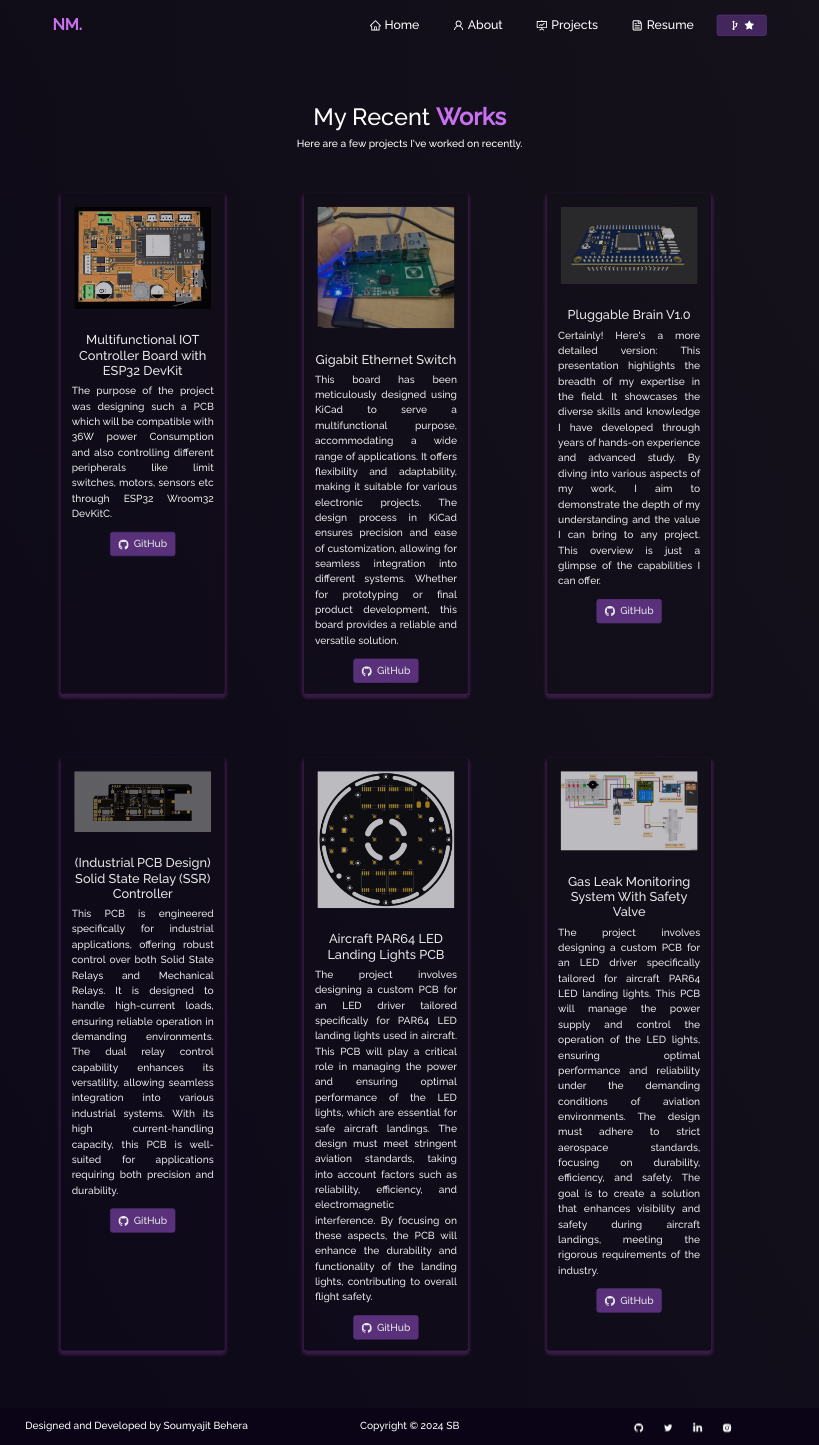
Repository: nenadMarkorvic/personal-website
Page: /project
The author's editor kept a copy of each file at every save. The page is drawn from the files as they stood at one save, then again after the next save.
The browser window is 1280 px wide. The pictures show the whole page, at 64% of full size.
The project was rebuilt for these pictures with package versions that can differ from the ones it lists, and the page was loaded fresh each time. Also part of the build but not shown: src/components/Home/Home2.js, src/components/Home/Type.js, src/components/Home/Home.js, src/components/About/Github.js, src/components/About/AboutCard.js, src/components/About/Toolstack.js, src/components/About/About.js, src/components/Resume/ResumeNew.js. Imported but missing from the stored project, and not drawn on this page: src/Assets/Nenad Markovic_pcb.pdf.

Above is the page before, as saved 2024-08-29 12:00:14.

### src/components/Navbar.js
import React, { useState } from "react";
import Navbar from "react-bootstrap/Navbar";
import Nav from "react-bootstrap/Nav";
import Container from "react-bootstrap/Container";
import Button from "react-bootstrap/Button";
import { Link } from "react-router-dom";
import { CgGitFork } from "react-icons/cg";
import {
  AiFillStar,
  AiOutlineHome,
  AiOutlineFundProjectionScreen,
  AiOutlineUser,
} from "react-icons/ai";

import { CgFileDocument } from "react-icons/cg";

function NavBar() {
  const [expand, updateExpanded] = useState(false);
  const [navColour, updateNavbar] = useState(false);

  function scrollHandler() {
    if (window.scrollY >= 20) {
      updateNavbar(true);
    } else {
      updateNavbar(false);
    }
  }

  window.addEventListener("scroll", scrollHandler);

  return (
    <Navbar
      expanded={expand}
      fixed="top"
      expand="md"
      className={navColour ? "sticky" : "navbar"}
    >
      <Container>
        <Navbar.Brand href="/" className="d-flex">
          <p style={{ paddingTop: "10px", fontWeight: "bold", fontSize: "25px", color: "#c770f0" }}>NM.</p>
        </Navbar.Brand>
        <Navbar.Toggle
          aria-controls="responsive-navbar-nav"
          onClick={() => {
            updateExpanded(expand ? false : "expanded");
          }}
        >
          <span></span>
          <span></span>
          <span></span>
        </Navbar.Toggle>
        <Navbar.Collapse id="responsive-navbar-nav">
          <Nav className="ms-auto" defaultActiveKey="#home">
            <Nav.Item>
              <Nav.Link as={Link} to="/" onClick={() => updateExpanded(false)}>
                <AiOutlineHome style={{ marginBottom: "2px" }} /> Home
              </Nav.Link>
            </Nav.Item>

            <Nav.Item>
              <Nav.Link
                as={Link}
                to="/about"
                onClick={() => updateExpanded(false)}
              >
                <AiOutlineUser style={{ marginBottom: "2px" }} /> About
              </Nav.Link>
            </Nav.Item>

            <Nav.Item>
              <Nav.Link
                as={Link}
                to="/project"
                onClick={() => updateExpanded(false)}
              >
                <AiOutlineFundProjectionScreen
                  style={{ marginBottom: "2px" }}
                />{" "}
                Projects
              </Nav.Link>
            </Nav.Item>

            <Nav.Item>
              <Nav.Link
                as={Link}
                to="/resume"
                onClick={() => updateExpanded(false)}
              >
                <CgFileDocument style={{ marginBottom: "2px" }} /> Resume
              </Nav.Link>
            </Nav.Item>

            <Nav.Item className="fork-btn">
              <Button
                href="https://github.com/nenadMarkorvic"
                target="_blank"
                className="fork-btn-inner"
              >
                <CgGitFork style={{ fontSize: "1.2em" }} />{" "}
                <AiFillStar style={{ fontSize: "1.1em" }} />
              </Button>
            </Nav.Item>
          </Nav>
        </Navbar.Collapse>
      </Container>
    </Navbar>
  );
}

export default NavBar;

### src/components/Footer.js
import React from "react";
import { Container, Row, Col } from "react-bootstrap";
import {
  AiFillGithub,
  AiOutlineTwitter,
  AiFillInstagram,
} from "react-icons/ai";
import { FaLinkedinIn } from "react-icons/fa";

function Footer() {
  let date = new Date();
  let year = date.getFullYear();
  return (
    <Container fluid className="footer">
      <Row>
        <Col md="4" className="footer-copywright">
          <h3>Designed and Developed by Soumyajit Behera</h3>
        </Col>
        <Col md="4" className="footer-copywright">
          <h3>Copyright © {year} SB</h3>
        </Col>
        <Col md="4" className="footer-body">
          <ul className="footer-icons">
            <li className="social-icons">
              <a
                href="https://github.com/soumyajit4419"
                style={{ color: "white" }}
                target="_blank"
                rel="noopener noreferrer"
              >
                <AiFillGithub />
              </a>
            </li>
            <li className="social-icons">
              <a
                href="https://twitter.com/Soumyajit4419"
                style={{ color: "white" }}
                target="_blank"
                rel="noopener noreferrer"
              >
                <AiOutlineTwitter />
              </a>
            </li>
            <li className="social-icons">
              <a
                href="https://www.linkedin.com/in/soumyajit4419/"
                style={{ color: "white" }}
                target="_blank"
                rel="noopener noreferrer"
              >
                <FaLinkedinIn />
              </a>
            </li>
            <li className="social-icons">
              <a
                href="https://www.instagram.com/soumyajit4419"
                style={{ color: "white" }}
                target="_blank"
                rel="noopener noreferrer"
              >
                <AiFillInstagram />
              </a>
            </li>
          </ul>
        </Col>
      </Row>
    </Container>
  );
}

export default Footer;

### src/style.css
html {
  --section-background-color: linear-gradient(to bottom left,
      rgba(17, 16, 16, 0.582),
      rgba(12, 8, 24, 0.904));

  --image-gradient: linear-gradient(to bottom left,
      rgba(17, 16, 16, 0.678),
      rgba(12, 10, 22, 0.863));

  --imp-text-color: #c770f0;
}

.purple {
  color: var(--imp-text-color) !important;
}

button:focus {
  box-shadow: none !important;
}

/* --------- */
/*  Preloader */
/* --------- */
#preloader {
  position: fixed;
  top: 0;
  left: 0;
  width: 100%;
  height: 100%;
  z-index: 999999;
  background-color: #0c0513;
  background-image: url(./Assets/pre.svg);
  background-repeat: no-repeat;
  background-position: center;
}

#preloader-none {
  opacity: 0;
}

#no-scroll {
  overflow: hidden;
  height: 100vh;
}

/* --------- */
/*Scrollbar   */
/* --------- */

::-webkit-scrollbar {
  width: 7px;
}

/* Track */
::-webkit-scrollbar-track {
  background: #2d1950;
}

/* Handle */
::-webkit-scrollbar-thumb {
  background: rgba(178, 121, 216, 0.959);
  border-radius: 12px;
}

/* Handle on hover */
::-webkit-scrollbar-thumb:hover {
  background: rgba(222, 130, 235, 0.911);
  border-radius: 12px;
}

/* --------- */
/* Navbar Section  */
/* --------- */
.sticky {
  background-color: #1b1a2ea9 !important;
  transition: all 0.3s ease-out 0s !important;
  box-shadow: 0px 10px 10px 0px rgba(9, 5, 29, 0.171) !important;
  backdrop-filter: blur(15px) !important;
}

.navbar {
  position: fixed !important;
  transition: all 0.3s ease-out 0s !important;
  padding: 0.3rem 2rem !important;
  font-size: 1.2rem !important;
}

.navbar-toggler {
  position: relative !important;
  background-color: transparent !important;
  border-color: transparent !important;
}

.navbar-toggler span {
  display: block !important;
  background-color: #be50f4 !important;
  height: 4px !important;
  width: 27px !important;
  margin-top: 5px !important;
  margin-bottom: 5px !important;
  transform: rotate(0deg) !important;
  left: 0 !important;
  opacity: 1 !important;
}

.navbar-toggler:focus,
.navbar-toggler:active {
  outline: 0 !important;
}

.navbar-toggler span:nth-child(1),
.navbar-toggler span:nth-child(3) {
  transition: transform 0.35s ease-in-out !important;
  transition: transform 0.35s ease-in-out !important;
}

.navbar-toggler:not(.collapsed) span:nth-child(1) {
  position: absolute !important;
  left: 12px !important;
  top: 10px !important;
  transform: rotate(135deg) !important;
  opacity: 0.9 !important;
}

.navbar-toggler:not(.collapsed) span:nth-child(2) {
  height: 12px !important;
  visibility: hidden !important;
  background-color: transparent !important;
}

.navbar-toggler:not(.collapsed) span:nth-child(3) {
  position: absolute !important;
  left: 12px !important;
  top: 10px !important;
  transform: rotate(-135deg) !important;
  opacity: 0.9 !important;
}

@media (max-width: 767px) {
  .navbar {
    padding: 1rem 2rem !important;
    font-size: 1.4rem !important;
    background-color: #181a27 !important;
  }

  .navbar-nav .nav-item a::after {
    display: none !important;
  }
}

.navbar-brand {
  color: rgb(250, 250, 250) !important;
}

.logo {
  height: 1.4em !important;
  width: 2.5em !important;
}

.navbar-nav .nav-link {
  color: white !important;
  padding-right: 1rem !important;
  padding-left: 1rem !important;
}

.nav-link {
  padding: 0.8rem 1rem !important;
}

@media (max-width: 767px) {
  .nav-link {
    padding: 0.7rem 1rem !important;
  }
}

.navbar-nav .nav-item {
  position: relative;
  margin-left: 20px;
}

.navbar-nav .nav-item a {
  font-weight: 400;
  transition: all 0.3s ease-out 0s;
  position: relative;
  z-index: 1;
}

.navbar-nav .nav-item a::after {
  content: "";
  position: relative;
  display: block;
  height: 5px;
  width: 0;
  border-radius: 16px;
  background: #c95bf5;
  bottom: 1px;
  left: 0;
  z-index: -1;
  transition: all 0.3s ease-out 0s;
}

.navbar-nav .nav-item a:hover::after {
  width: 100%;
}

/* --------- */
/* Home section */
/* --------- */
.wave {
  animation-name: wave-animation;
  /* Refers to the name of your @keyframes element below */
  animation-duration: 2.1s;
  /* Change to speed up or slow down */
  animation-iteration-count: infinite;
  /* Never stop waving :) */
  transform-origin: 70% 70%;
  /* Pivot around the bottom-left palm */
  display: inline-block;
}

@keyframes wave-animation {
  0% {
    transform: rotate(0deg);
  }

  10% {
    transform: rotate(14deg);
  }

  /* The following five values can be played with to make the waving more or less extreme */
  20% {
    transform: rotate(-8deg);
  }

  30% {
    transform: rotate(14deg);
  }

  40% {
    transform: rotate(-4deg);
  }

  50% {
    transform: rotate(10deg);
  }

  60% {
    transform: rotate(0deg);
  }

  /* Reset for the last half to pause */
  100% {
    transform: rotate(0deg);
  }
}

#tsparticles {
  position: fixed !important;
  background-repeat: no-repeat !important;
  background-size: cover !important;
  width: 100%;
  height: 100%;
}

.home-header {
  padding-top: 80px !important;
}

.home-section {
  position: relative;
  z-index: -1;
  background-image: var(--image-gradient), url(./Assets/home-bg.jpg);
  background-position: top center;
  background-repeat: no-repeat;
  padding-bottom: 30px !important;
  padding-top: 30px !important;
}

.home-content {
  padding: 9rem 0 2rem !important;
  color: whitesmoke;
  text-align: left;
}

.heading {
  font-size: 2.4em !important;
  padding-left: 50px !important;
}

.heading-name {
  font-size: 2.5em !important;
  padding-left: 45px !important;
}

.main-name {
  color: #cd5ff8;
}

.Typewriter__wrapper {
  font-size: 2.2em !important;
  color: #be6adf !important;
  font-weight: 600 !important;
}

.Typewriter__cursor {
  font-size: 2.4em !important;
  color: #b562d6 !important;
}

@media (max-width: 767px) {
  .Typewriter__wrapper {
    font-size: 1.4em !important;
    font-weight: 500 !important;
    position: absolute !important;
  }

  .Typewriter__cursor {
    display: none !important;
  }
}

.myAvtar {
  justify-content: center !important;
  padding-top: 9em !important;
}

@media (max-width: 767px) {
  .myAvtar {
    padding-top: 2em !important;
    padding-bottom: 2em !important;
  }
}

.home-about-section {
  position: relative;
  padding-bottom: 70px !important;
  padding-top: 70px !important;
}

.home-about-description {
  color: white !important;
  padding-top: 100px !important;
  padding-bottom: 20px !important;
  text-align: center;
}

.home-about-body {
  padding-top: 50px;
  font-size: 1.2em !important;
  text-align: left;
}

.home-about-social {
  text-align: center !important;
  padding-top: 25px;
  color: white !important;
}

.home-about-social-links {
  justify-content: center !important;
  padding-top: 15px !important;
  display: inline-block !important;
  position: relative !important;
  padding-inline-start: 0 !important;
}

.home-social-icons {
  position: relative !important;
  display: inline-block !important;
  width: 40px !important;
  height: 40px !important;
  text-align: center !important;
  font-size: 1.2em !important;
  line-height: 2em !important;
  background: rgba(255, 255, 255, 0.972) !important;
  border-radius: 50% !important;
  transition: 0.5s !important;
}

.home-social-icons::before {
  content: "";
  position: absolute;
  top: 0;
  left: 0;
  width: 100%;
  height: 100%;
  border-radius: 50%;
  background: #68187a;
  transition: 0.5s;
  transform: scale(0.9);
  z-index: -1;
}

.home-social-icons:hover::before {
  transform: scale(1.1);
  box-shadow: 0 0 15px #801f95;
}

.home-social-icons:hover {
  color: #87209e;
  box-shadow: 0 0 5px #87209e;
  text-shadow: 0 0 2px #87209e;
}

.social-icons {
  display: inline-block !important;
  padding-right: 15px;
  padding-left: 15px;
}

.icon-colour {
  color: #700c86 !important;
}

/* --------- */
/* Footer */
/* --------- */
.footer {
  background-color: rgb(10, 4, 22);
  bottom: 0 !important;
  padding-top: 10px !important;
  padding-bottom: 8px !important;
}

.footer-copywright {
  text-align: center !important;
}

.footer-body {
  z-index: 1;
  text-align: center !important;
}

@media (max-width: 767px) {
  .footer-copywright {
    text-align: center !important;
  }

  .footer-body {
    text-align: center !important;
  }
}

.footer h3 {
  font-size: 1em;
  color: white !important;
  margin-top: 0.5em !important;
  margin-bottom: 0.5em !important;
}

.footer-icons {
  margin-top: 0.5em !important;
  margin-bottom: 0.5em !important;
  padding: 0 !important;
}

.blockquote-footer {
  color: #a588c0 !important;
}

/* --------- */
/* Projects */
/* --------- */
.project-section {
  position: relative !important;
  padding-top: 150px !important;
  padding-bottom: 30px !important;
  background-image: var(--section-background-color) !important;
}

.project-card {
  padding-top: 50px !important;
  padding-bottom: 50px !important;
  padding-left: 25px !important;
  padding-right: 25px !important;
  height: auto !important;
}

.project-card-view {
  box-shadow: 0 4px 5px 3px rgba(119, 53, 136, 0.459) !important;
  color: white !important;
  background-color: transparent !important;
  opacity: 0.9 !important;
  transition: all 0.5s ease 0s !important;
  height: 100% !important;
}

.project-card-view:hover {
  transform: scale(1.02) !important;
  overflow: hidden !important;
  box-shadow: 0 4px 4px 5px rgba(129, 72, 144, 0.561) !important;
}

.blog-card {
  padding-top: 50px !important;
  padding-bottom: 50px !important;
  padding-left: 25px !important;
  padding-right: 25px !important;
  height: auto !important;
}

.blog-card-view {
  background-color: transparent !important;
  box-shadow: 0 3px 3px 2px rgba(145, 77, 161, 0.459) !important;
  color: white !important;
  transition: all 0.5s ease 0s !important;
  height: 100% !important;
}

.blog-link {
  color: white !important;
  text-decoration: none !important;
}

.blog-link:hover {
  cursor: pointer !important;
}

.blog-card-view:hover {
  transform: scale(1.02) !important;
  overflow: hidden !important;
  box-shadow: 0 3px 3px 5px rgba(155, 88, 173, 0.65) !important;
}

.card-img-top {
  padding: 20px !important;
  opacity: 0.8 !important;
  border-radius: 10px !important;
}

.blog-img {
  padding: 0px !important;
  opacity: 0.8 !important;
  border-radius: 0px !important;
}

.btn-primary {
  color: #fff !important;
  background-color: #623686 !important;
  border-color: #623686 !important;
}

.btn-primary:hover {
  color: #fff !important;
  background-color: #6d20c5d7 !important;
  border-color: #6d20c5d7 !important;
}

.btn:focus {
  outline: none !important;
  box-shadow: none !important;
}

.project-heading {
  color: white !important;
  font-size: 2.3em !important;
  font-weight: 500 !important;
  padding-top: 10px !important;
}

/* --------- */
/* About */
/* --------- */

.about-section {
  position: relative !important;
  padding-top: 150px !important;
  padding-bottom: 30px !important;
  background-image: var(--section-background-color) !important;
  color: white !important;
}

.tech-icons {
  font-size: 4.5em !important;
  margin: 15px !important;
  padding: 10px !important;
  opacity: 0.93 !important;
  border: 1.7px solid rgba(200, 137, 230, 0.637) !important;
  vertical-align: middle !important;
  text-align: center !important;
  border-radius: 5px !important;
  display: table !important;
  box-shadow: 4px 5px 4px 3px rgba(89, 4, 168, 0.137) !important;
  overflow: hidden !important;
  transition: all 0.4s ease 0s !important;
}

@media (max-width: 767px) {
  .tech-icons {
    margin: 10px !important;
  }
}

.tech-icons:hover {
  transform: scale(1.05) !important;
  overflow: hidden !important;
  border: 2.2px solid rgba(197, 115, 230, 0.883) !important;
}

.tech-icon-images {
  padding: 20px !important;
  line-height: 1.6 !important;
}

.quote-card-view {
  border: none !important;
  color: white !important;
  background-color: transparent !important;
}

.about-activity {
  list-style: none !important;
  text-align: left !important;
  padding-left: 1px !important;
}

@media (max-width: 767px) {
  .about-img {
    padding-top: 0 !important;
  }
}

/* --------- */
/* Resume */
/* --------- */

.resume-section {
  position: relative !important;
  padding-top: 110px !important;
  padding-bottom: 30px !important;
  background-image: var(--section-background-color) !important;
  color: white !important;
}

.resume {
  padding-top: 50px;
  padding-bottom: 50px;
  justify-content: center;
}

.resume-left {
  padding-right: 80px !important;
}

.resume-right {
  padding-left: 80px !important;
}

@media (max-width: 767px) {
  .resume-left {
    padding-right: 15px !important;
    padding-left: 15px !important;
  }

  .resume-right {
    padding-right: 15px !important;
    padding-left: 15px !important;
  }
}

.resume .resume-title {
  font-size: 2em;
  font-weight: 700;
  padding-top: 30px;
  padding-bottom: 30px;
}

.resume .resume-item {
  padding: 0 0 10px 25px;
  margin-top: -2px;
  border-left: 2px solid #8a49a8;
  position: relative;
}

.resume .resume-item .resume-title {
  line-height: 18px;
  font-size: 0.9em;
  background: #5234795d;
  padding: 8px 15px;
  display: inline-block;
  font-weight: 600;
  margin-bottom: 10px;
}

.resume .resume-item ul {
  padding-left: 20px;
  text-align: justify;
}

.resume .resume-item ul li {
  padding-bottom: 10px;
  list-style: none;
}

.resume .resume-item:last-child {
  padding-bottom: 0;
}

.resume .resume-item::before {
  content: "";
  position: absolute;
  width: 16px;
  height: 16px;
  border-radius: 50px;
  left: -9px;
  top: 0;
  background: #fff;
  border: 2px solid #8a49a8;
}

.like-item {
  padding-top: 10px !important;
  font-size: 1.1em !important;
  font-family: sans-serif !important;
}

.like-btn {
  background-color: #934cce5e !important;
  border-color: #934cce5e !important;
  padding: 0.25rem 0.98rem !important;
  border-radius: 5px !important;
  line-height: 1.4 !important;
  transition: 0.3s ease !important;
}

.like-btn:hover {
  transform: translateY(-2px) !important;
  background-color: #a24dd386 !important;
  border-color: #a24dd386 !important;
}

.animate-like {
  animation-name: likeAnimation;
  animation-fill-mode: forwards;
  animation-duration: 0.85s;
}

@keyframes likeAnimation {
  0% {
    transform: scale(1.5);
  }

  100% {
    transform: scale(1);
  }
}

.fork-btn {
  font-size: 1.1em !important;
  padding-top: 10px !important;
}

.fork-btn-inner {
  line-height: 1.4em !important;
  background-color: #934cce5e !important;
  padding: 0.25rem 1.1rem !important;
  vertical-align: middle !important;
  text-align: center !important;
}

.fork-btn-inner:hover {
  transform: translateY(-2px) !important;
  background-color: #a24dd386 !important;
  border-color: #a24dd386 !important;
}

.fork-btn-inner::after {
  display: none !important;
}

.tech-icons {
  cursor: pointer;
}

.tech-icons img {
  margin-bottom: 7px;
}

### src/components/Particle.js
import React from "react";
import Particles from "react-tsparticles";

function Particle() {
  return (
    <Particles
      id="tsparticles"
      params={{
        particles: {
          number: {
            value: 160,
            density: {
              enable: true,
              value_area: 1500,
            },
          },
          line_linked: {
            enable: false,
            opacity: 0.03,
          },
          move: {
            direction: "right",
            speed: 0.05,
          },
          size: {
            value: 1,
          },
          opacity: {
            anim: {
              enable: true,
              speed: 1,
              opacity_min: 0.05,
            },
          },
        },
        interactivity: {
          events: {
            onclick: {
              enable: true,
              mode: "push",
            },
          },
          modes: {
            push: {
              particles_nb: 1,
            },
          },
        },
        retina_detect: true,
      }}
    />
  );
}

export default Particle;

### src/components/Projects/ProjectCards.js
import React from "react";
import Card from "react-bootstrap/Card";
import Button from "react-bootstrap/Button";
import { CgWebsite } from "react-icons/cg";
import { BsGithub } from "react-icons/bs";

function ProjectCards(props) {
  return (
    <Card className="project-card-view" style={{ width: '20vw' }}>
      <Card.Img variant="top" src={props.imgPath} alt="card-img" />
      <Card.Body>
        <Card.Title>{props.title}</Card.Title>
        <Card.Text style={{ textAlign: "justify" }}>
          {props.description}
        </Card.Text>
        <Button variant="primary" href={props.ghLink} target="_blank">
          <BsGithub /> &nbsp;
          {props.isBlog ? "Blog" : "GitHub"}
        </Button>
        {"\n"}
        {"\n"}
      </Card.Body>
    </Card>
  );
}
export default ProjectCards;

Loaded but not shown: public/index.html (common file); src/index.js (common file); src/index.css (common file); src/App.js (common file); src/reportWebVitals.js (common file); src/components/Pre.js (common file); src/components/ScrollToTop.js (common file); src/App.css (common file); src/components/Projects/Projects.js (84 lines, source omitted)

After the next save:
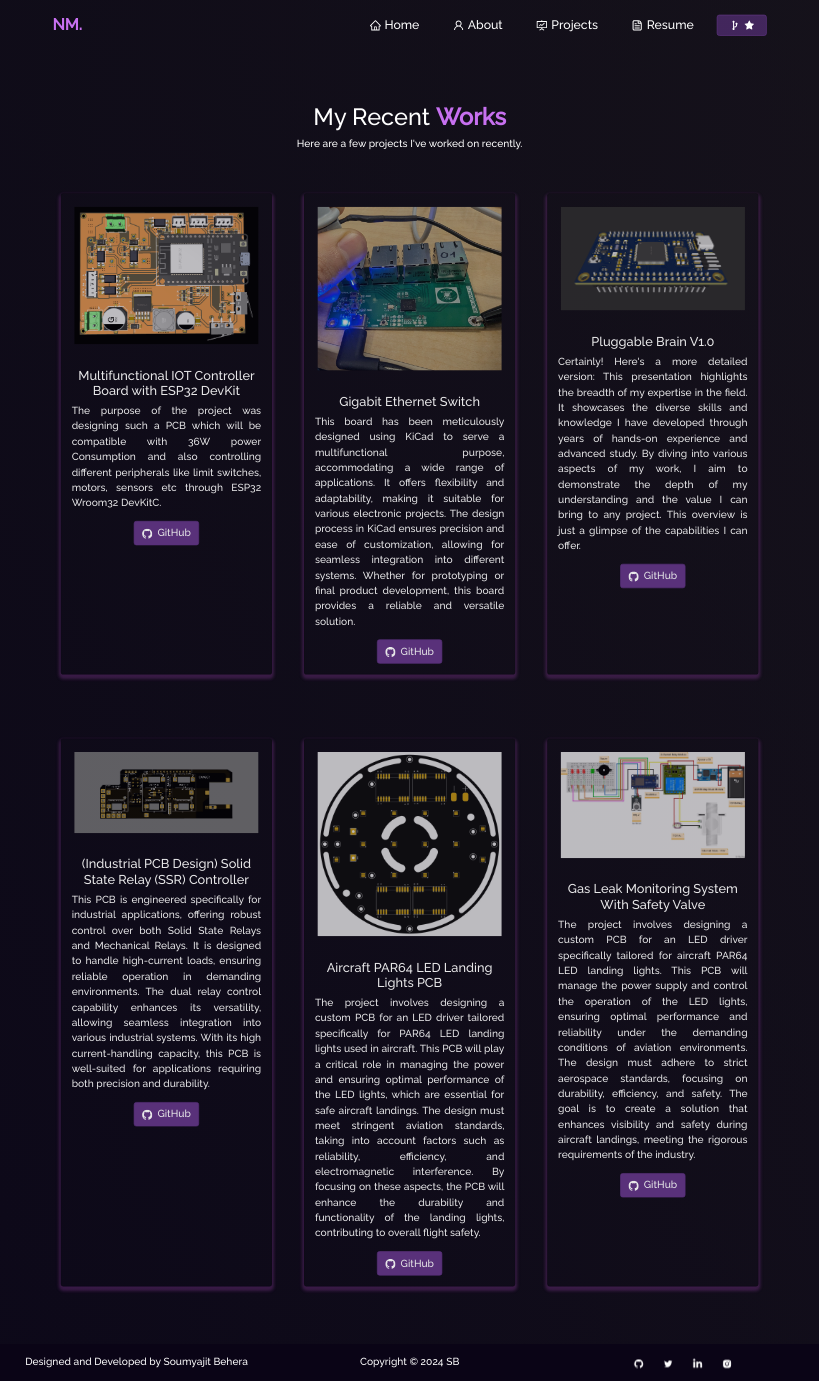
Saved 117 s later.
--- a/src/components/Projects/ProjectCards.js
+++ b/src/components/Projects/ProjectCards.js
@@ -6,7 +6,7 @@ import { BsGithub } from "react-icons/bs";
 
 function ProjectCards(props) {
   return (
-    <Card className="project-card-view" style={{ width: '20vw' }}>
+    <Card className="project-card-view">
       <Card.Img variant="top" src={props.imgPath} alt="card-img" />
       <Card.Body>
         <Card.Title>{props.title}</Card.Title>
